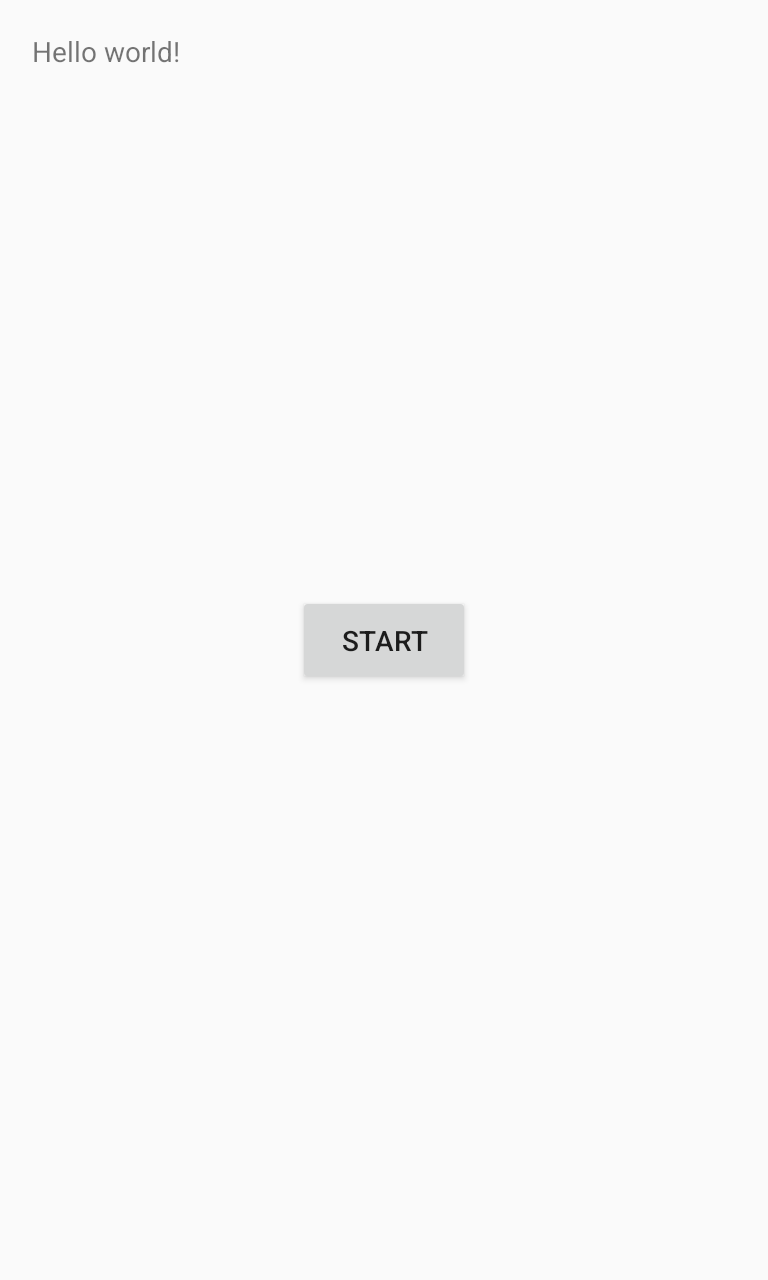
Repository: axxdeveloper/Brightest
Layout: StudyKeeper/res/layout/fragment_main.xml
These files come from the project's save history. The layout is drawn as it stood at one moment and after the next save; the edit follows.
It is drawn on a 768 x 1280 px phone screen (xhdpi) without system bars, with theme AppTheme; the app's code is not run.

Above is the layout before, as saved 2014-04-20 23:41:45.

After the next save:
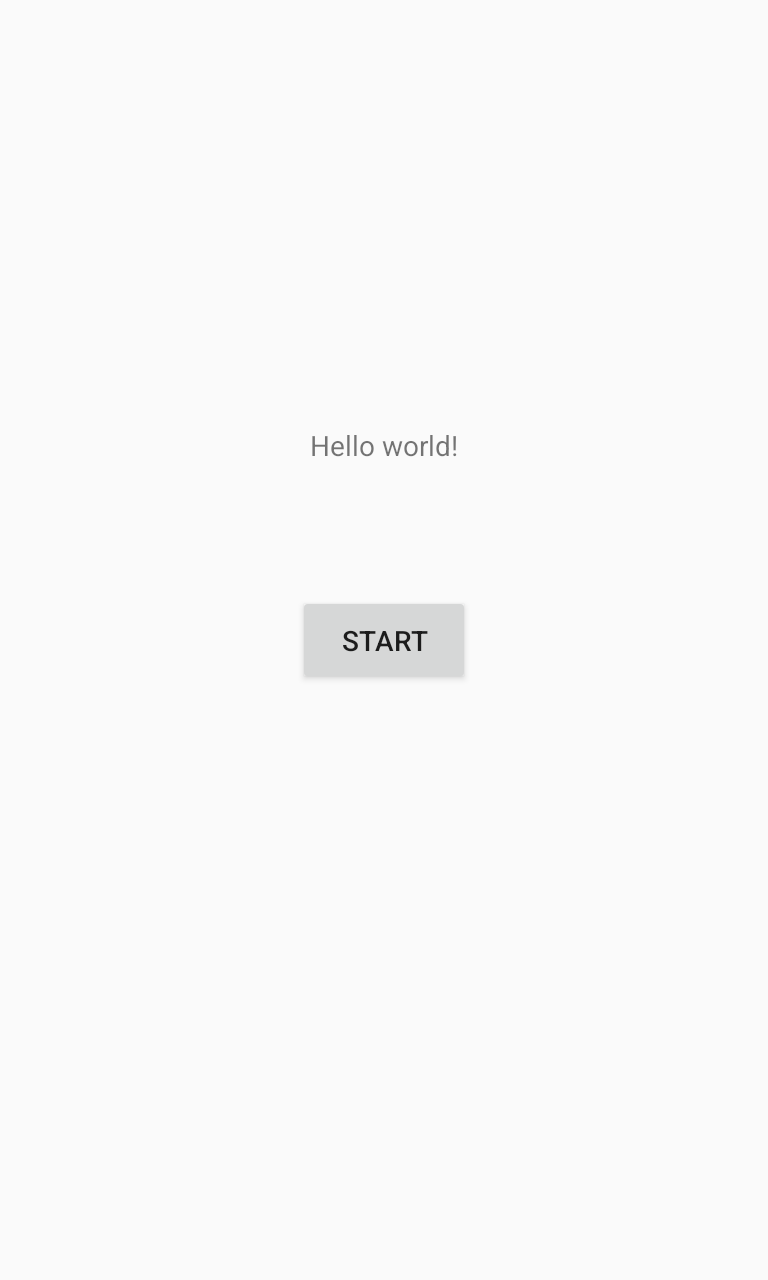
Saved 27 s later.
--- a/StudyKeeper/res/layout/fragment_main.xml
+++ b/StudyKeeper/res/layout/fragment_main.xml
@@ -8,11 +8,6 @@
     android:paddingTop="@dimen/activity_vertical_margin"
     tools:context="net.studykeeper.MainActivity$PlaceholderFragment" >
 
-    <TextView
-        android:layout_width="wrap_content"
-        android:layout_height="wrap_content"
-        android:text="@string/hello_world" />
-
     <Button
         android:id="@+id/button1"
         android:layout_width="wrap_content"
@@ -21,4 +16,12 @@
         android:layout_centerVertical="true"
         android:text="@string/action_start" />
 
+    <TextView
+        android:layout_width="wrap_content"
+        android:layout_height="wrap_content"
+        android:layout_above="@+id/button1"
+        android:layout_centerHorizontal="true"
+        android:layout_marginBottom="64dp"
+        android:text="@string/hello_world" />
+
 </RelativeLayout>
